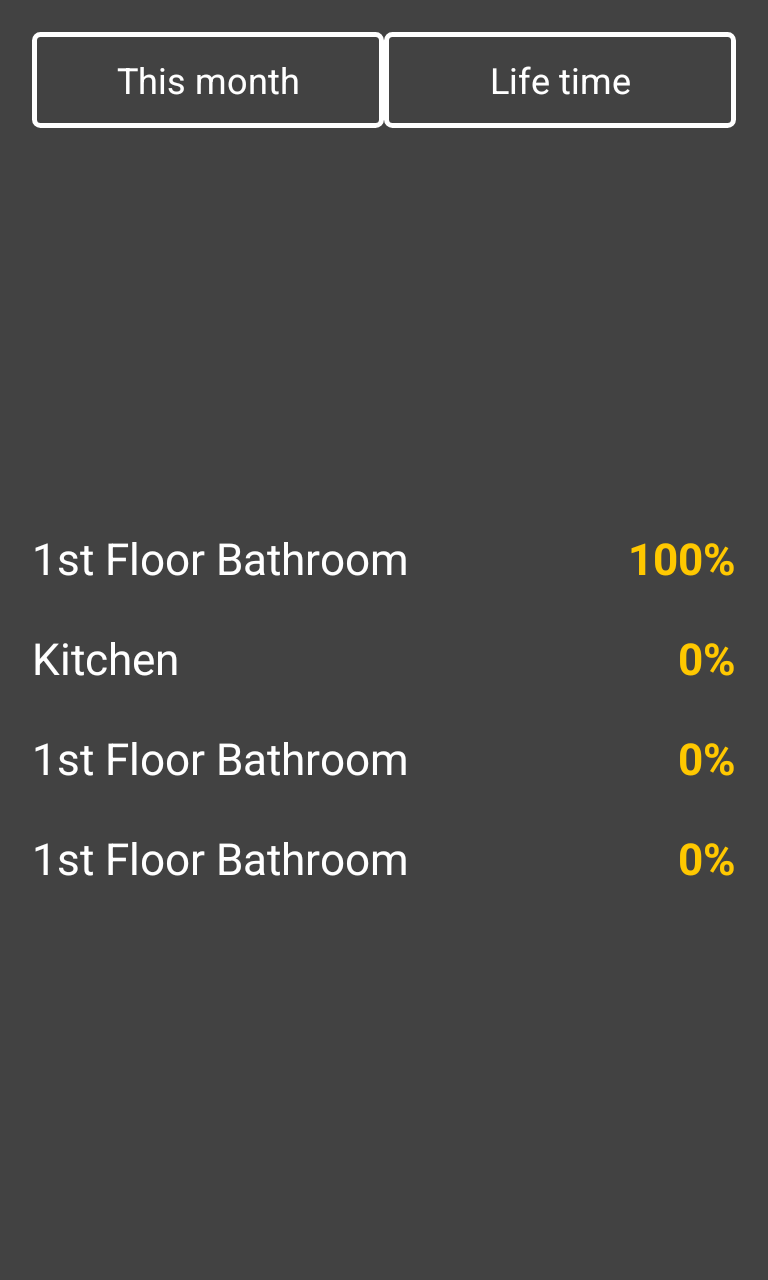
Repository: prabushitha/hydrosaver
Layout: hydrosaver/res/layout/activity_sections.xml
These files come from the project's save history. The layout is drawn as it stood at one moment and after the next save; the edit follows.
It is drawn on a 768 x 1280 px phone screen (xhdpi) without system bars, with theme AppTheme; the app's code is not run.

Above is the layout before, as saved 2016-10-08 16:52:46.

### hydrosaver/res/layout/activity_sections.xml
<RelativeLayout xmlns:android="http://schemas.android.com/apk/res/android"
    xmlns:tools="http://schemas.android.com/tools"
    android:layout_width="match_parent"
    android:layout_height="match_parent"
    android:paddingBottom="@dimen/activity_vertical_margin"
    android:paddingLeft="@dimen/activity_horizontal_margin"
    android:paddingRight="@dimen/activity_horizontal_margin"
    android:paddingTop="@dimen/activity_vertical_margin"
    tools:context="com.whileloop.hydrosaver.SectionsActivity"
    android:background="#424242"
    >

    <TableLayout
    android:layout_width="fill_parent"
    android:layout_height="fill_parent"
    android:stretchColumns="*">
	    <TableRow>
	       <Button android:id="@+id/thismonth"
	                android:layout_width="0dp"
	                android:layout_weight="1"
	                android:layout_height="wrap_content"
	                android:background="@drawable/section_button"
	                android:textColor="#FFFFFF"
	                android:text="This month"/>
	        <Button android:id="@+id/lifetime"
	                 android:layout_width="0dp"
	                 android:layout_weight="1"
	                android:layout_height="wrap_content"
	              	android:textColor="#FFFFFF"
	                android:background="@drawable/section_button"
	                android:text="Life time"/>



	    </TableRow>
	    <TableRow
	        >
	        <TextView android:layout_width="fill_parent"
	                 android:layout_height="wrap_content"
	                android:textColor="#372c24"
	                android:minHeight="200dp"
	          		android:textSize="18sp"

	               />
	    </TableRow>
	    <TableRow>

	        <TextView
		        android:layout_width="0dp"
		        android:layout_height="wrap_content"
		        android:textAppearance="?android:attr/textAppearanceLarge"
		        android:text="1st Floor Bathroom"
		        android:textColor="#ffffff"
		        android:minHeight="100px"
		        android:singleLine="true"
		        android:layout_weight="8"
		        android:ellipsize="end" />

		    <TextView
		        android:layout_width="0dp"
		        android:layout_height="wrap_content"
		        android:textAppearance="?android:attr/textAppearanceLarge"
		        android:text="100%"
		        android:textColor="#ffc800"
		        android:id="@+id/txtPrecentage"
		        android:minHeight="100px"
		        android:singleLine="false"
		        android:layout_weight="2"
		        android:textStyle="bold"
		        android:gravity="right"/>

	    </TableRow>

	    <TableRow>

	        <TextView
		        android:layout_width="0dp"
		        android:layout_height="wrap_content"
		        android:textAppearance="?android:attr/textAppearanceLarge"
		        android:text="Kitchen"
		        android:textColor="#ffffff"
		        android:minHeight="100px"
		        android:singleLine="true"
		        android:layout_weight="8"
		        android:ellipsize="end" />

		    <TextView
		        android:layout_width="0dp"
		        android:layout_height="wrap_content"
		        android:textAppearance="?android:attr/textAppearanceLarge"
		        android:text="0%"
		        android:textColor="#ffc800"
		        android:minHeight="100px"
		        android:singleLine="false"
		        android:layout_weight="2"
		        android:textStyle="bold"
		        android:gravity="right"/>

	    </TableRow>

	    <TableRow>

	        <TextView
		        android:layout_width="0dp"
		        android:layout_height="wrap_content"
		        android:textAppearance="?android:attr/textAppearanceLarge"
		        android:text="1st Floor Bathroom"
		        android:textColor="#ffffff"
		        android:id="@+id/txtName"
		        android:minHeight="100px"
		        android:singleLine="true"
		        android:layout_weight="8"
		        android:ellipsize="end" />

		    <TextView
		        android:layout_width="0dp"
		        android:layout_height="wrap_content"
		        android:textAppearance="?android:attr/textAppearanceLarge"
		        android:text="0%"
		        android:textColor="#ffc800"
		        android:minHeight="100px"
		        android:singleLine="false"
		        android:layout_weight="2"
		        android:textStyle="bold"
		        android:gravity="right"/>

	    </TableRow>

	    <TableRow>

	        <TextView
		        android:layout_width="0dp"
		        android:layout_height="wrap_content"
		        android:textAppearance="?android:attr/textAppearanceLarge"
		        android:text="1st Floor Bathroom"
		        android:textColor="#ffffff"
		        android:minHeight="100px"
		        android:singleLine="true"
		        android:layout_weight="8"
		        android:ellipsize="end" />

		    <TextView
		        android:layout_width="0dp"
		        android:layout_height="wrap_content"
		        android:textAppearance="?android:attr/textAppearanceLarge"
		        android:text="0%"
		        android:textColor="#ffc800"
		        android:minHeight="100px"
		        android:singleLine="false"
		        android:layout_weight="2"
		        android:textStyle="bold"
		        android:gravity="right"
		        />

	    </TableRow>


	</TableLayout>

</RelativeLayout>

### hydrosaver/res/drawable-mdpi/section_button.xml
<?xml version="1.0" encoding="utf-8"?>
<shape xmlns:android="http://schemas.android.com/apk/res/android"
  android:shape="rectangle">

  <corners android:radius="3dp" />
  <stroke android:width="5px" android:color="#FFFFFF" />
</shape>

Loaded but not shown: hydrosaver/res/values/styles.xml (common file); hydrosaver/res/values-v11/styles.xml (common file); hydrosaver/res/values-v14/styles.xml (common file); hydrosaver/res/values/dimens.xml (common file); hydrosaver/res/values-w820dp/dimens.xml (common file)

After the next save:
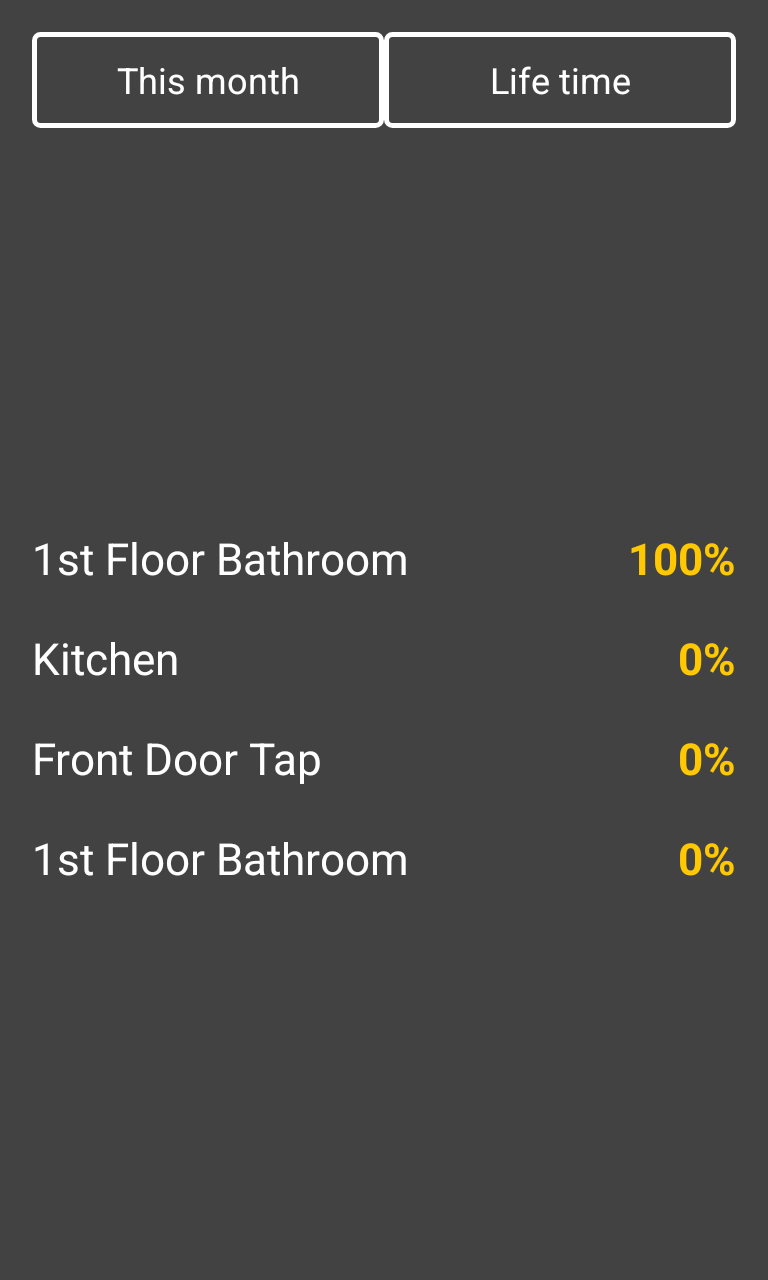
Saved 72 s later.
--- a/hydrosaver/res/layout/activity_sections.xml
+++ b/hydrosaver/res/layout/activity_sections.xml
@@ -104,7 +104,7 @@
 		        android:layout_width="0dp"
 		        android:layout_height="wrap_content"
 		        android:textAppearance="?android:attr/textAppearanceLarge"
-		        android:text="1st Floor Bathroom"
+		        android:text="Front Door Tap"
 		        android:textColor="#ffffff"
 		        android:id="@+id/txtName"
 		        android:minHeight="100px"
